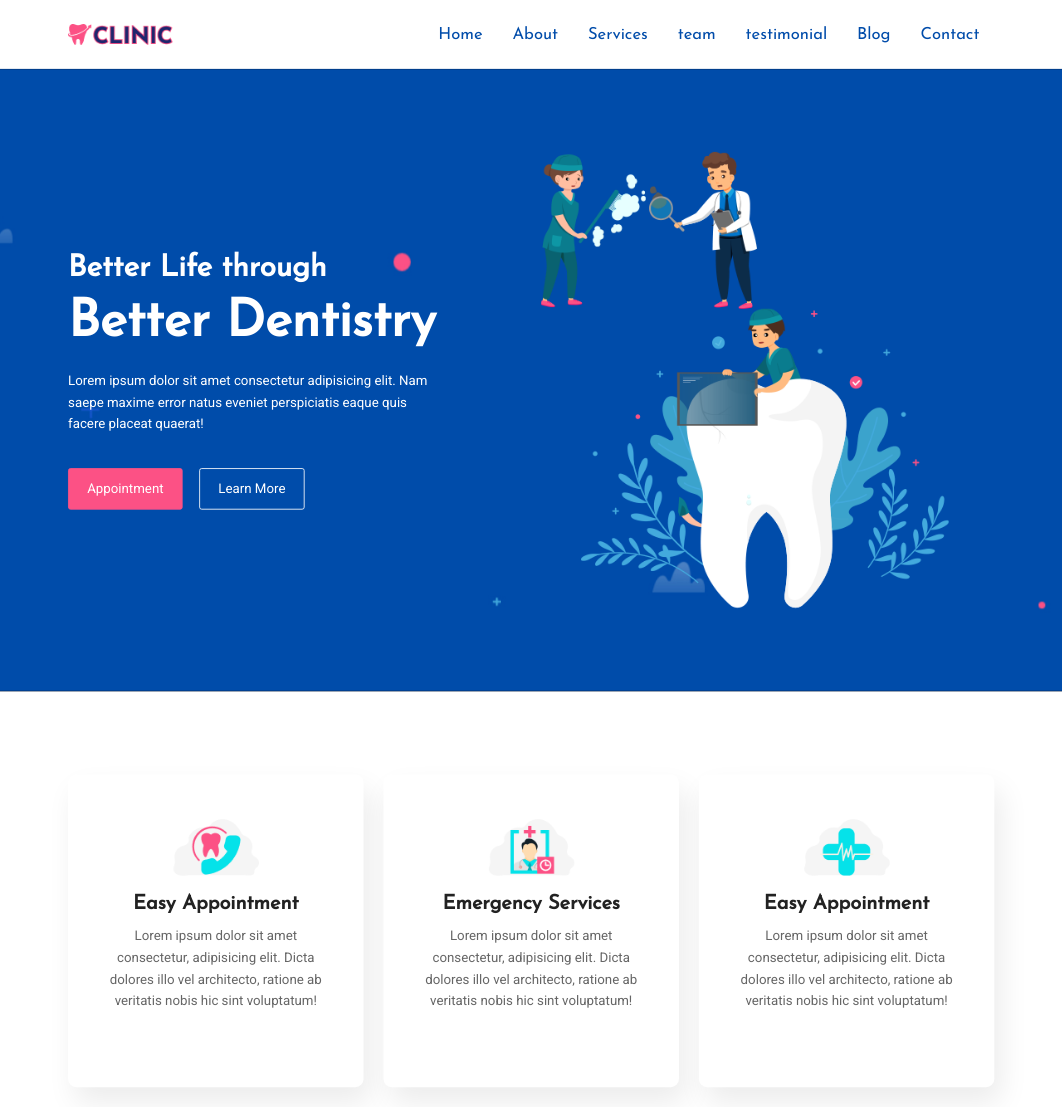
Repository: rsbappy/Project-13
Page: index.html
An editor plug-in stored every save of this project. The page is shown before and after the next save, followed by the edit.
The browser window is 1280 px wide. The pictures show the whole page, at 83% of full size.
Some web libraries are served in a nearby version.

Above is the page before, as saved 2022-08-19 11:23:11.
Console error: TypeError: Cannot read properties of null (reading 'classList')

After the next save:
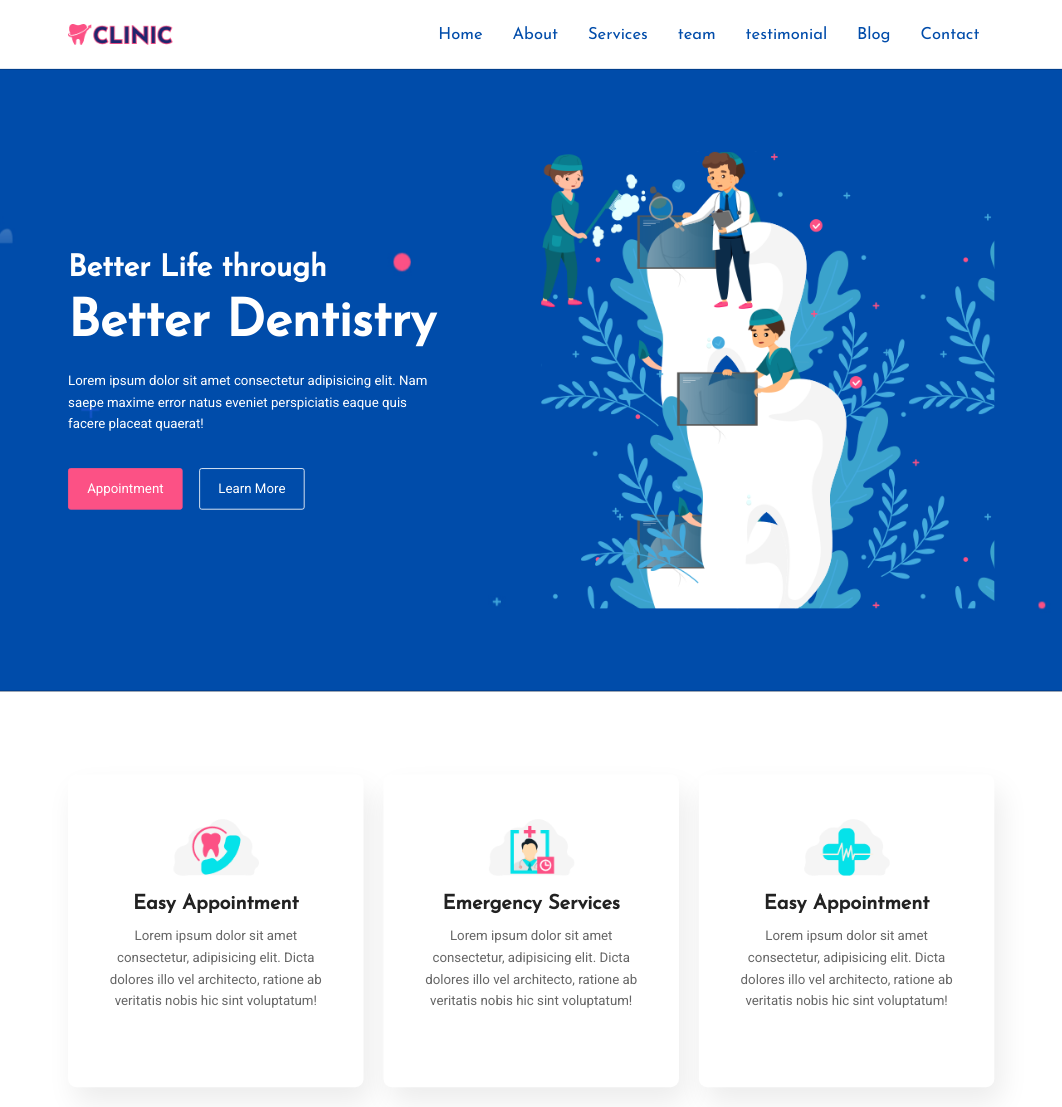
Saved 16 s later.
--- a/css/style.css
+++ b/css/style.css
@@ -239,4 +239,5 @@ p {
 
 .banner_wrapper .top-right-sec {
     position: relative;
-}
+    background-image: url(/images/top-banner-img/top-right-img-1.png);
+}
